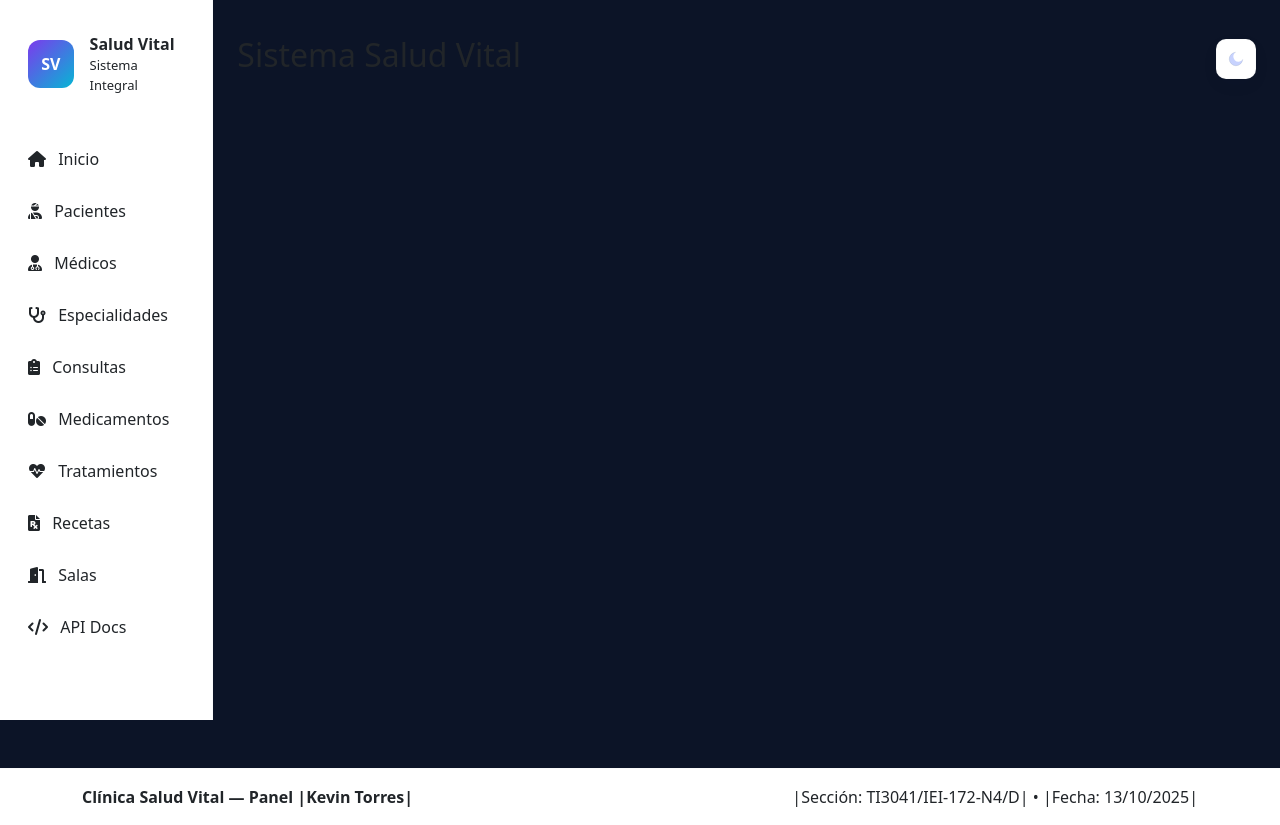
Repository: KeviNozh/eva2_clinica
Page: templates/base.html
An editor plug-in stored every save of this project. The page is shown before and after the next save, followed by the edit.
The browser window is 1280 px wide. The pictures show the whole page.
The template is drawn by Django 5.2. The application's start-up code is not run. Other server files are loaded and not shown. The template is opened directly, without the code that normally fills it, so the values that code supplies are empty.

Above is the page before, as saved 2025-10-16 01:05:15.

### templates/base.html

<!DOCTYPE html>
<html lang="es">
<head>
    <meta charset="UTF-8">
    <meta name="viewport" content="width=device-width, initial-scale=1.0">
    <title>{% block title %}Sistema Salud Vital{% endblock %}</title>

    <!-- Prevent theme flash: apply saved preference before CSS loads -->
    <script>
    (function(){
        try {
            const KEY = 'salud_vital_theme';
            const saved = localStorage.getItem(KEY);
            if (saved === 'dark') {
                document.documentElement.setAttribute('data-theme', 'dark');
            } else if (saved === 'light') {
                document.documentElement.removeAttribute('data-theme');
            } else {
                const prefersDark = window.matchMedia && window.matchMedia('(prefers-color-scheme: dark)').matches;
                if (prefersDark) document.documentElement.setAttribute('data-theme', 'dark');
                else document.documentElement.removeAttribute('data-theme');
            }
        } catch (e) {
            // Silently ignore (no localStorage access)
        }
    })();
    </script>

    <!-- Bootstrap -->
    <link href="https://cdn.jsdelivr.net/npm/bootstrap@5.3.0/dist/css/bootstrap.min.css" rel="stylesheet">
    <link rel="stylesheet" href="https://cdnjs.cloudflare.com/ajax/libs/font-awesome/6.0.0/css/all.min.css">

    <!-- Google Fonts -->
    <link href="https://fonts.googleapis.com/css2?family=Poppins:wght@300;400;600;700&display=swap" rel="stylesheet">

    <style>
        :root {
            --bg: #0c1427; /* Fondo gris claro para que las tarjetas blancas resalten */
            --muted: ##8d96a7;
            --text: #212529; /* Texto principal oscuro y legible */
            --card: #fff;
            --glass: rgba(121, 121, 121, 0.04);
            --accent-1: linear-gradient(135deg,#7c3aed,#06b6d4);
            --accent-2: linear-gradient(135deg,#ff7a59,#ffb86b);
            --accent-3: linear-gradient(135deg,#34d399,#60a5fa);
            --accent-4: linear-gradient(135deg,#f472b6,#7c3aed);
            --radius: 12px;
            --shadow: 0 10px 30px rgba(11,21,40,0.06);
            --max-width: 1200px;
            font-family: 'Poppins', system-ui, -apple-system, "Segoe UI", Roboto, Arial, sans-serif;
            color-scheme: light;
            background-color: var(--bg);
            color: var(--text);
        }

        html[data-theme="dark"] {
            --bg: #0c1427;
            --soft-bg: #151e33;
            --glass: rgba(255, 255, 255, 0.04);
            --muted: #8d96a7;
            --white: #e9ecef; /* Texto principal ahora es claro */
        }

        * { box-sizing: border-box }
        html, body { height: 100%; margin: 0; background: var(--bg); -webkit-font-smoothing: antialiased; color: var(--text); }
        a { color: inherit; text-decoration: none }
        button { font: inherit }

        .sidebar {
            min-height: 100vh;
            background: var(--card);
            border-right: 1px solid var(--glass);
        }

        .sidebar .nav-link {
            color: var(--text);
            padding: 12px 16px;
            border-radius: var(--radius);
            margin-bottom: 4px;
            transition: all 0.2s ease;
        }

        .sidebar .nav-link:hover {
            background: var(--glass);
            transform: translateX(4px);
        }

        .main-content {
            background: var(--bg);
            padding: 20px;
        }

        .card-custom {
            background: var(--card);
            border-radius: var(--radius);
            box-shadow: var(--shadow);
            border: 1px solid var(--glass);
            margin-bottom: 20px;
        }

        .btn-primary-custom {
            background: var(--accent-1);
            border: none;
            color: white;
            font-weight: 600;
        }

        .theme-toggle {
            display: inline-grid;
            place-items: center;
            width: 40px;
            height: 40px;
            border-radius: 10px;
            border: 1px solid var(--glass);
            background: var(--card);
            cursor: pointer;
            box-shadow: 0 6px 18px rgba(11,21,40,0.04);
        }

            html[data-theme="dark"] .theme-toggle {
                background: rgba(255, 255, 255, 0.05); /* Ligeramente más claro */
                border: 1px solid rgba(255, 255, 255, 0.1); /* Borde más visible */
            }

        .table-custom {
            background: var(--card);
            border-radius: var(--radius);
            overflow: hidden;
            box-shadow: var(--shadow);
        }

        .table-custom th {
            background: var(--glass);
            color: var(--muted);
            font-weight: 600;
            border: none;
            padding: 12px 16px;
        }

        .table-custom td {
            padding: 12px 16px;
            border-bottom: 1px solid var(--glass);
        }

        .form-control-custom, .form-select-custom {
            background: var(--card);
            border: 1px solid var(--glass);
            color: var(--text);
            border-radius: var(--radius);
        }

        .form-control-custom:focus, .form-select-custom:focus {
            background: var(--card);
            border-color: #7c3aed;
            color: var(--text);
            box-shadow: 0 0 0 0.2rem rgba(124, 58, 237, 0.25);
        }
    </style>
</head>
<body>
    <div class="container-fluid">
        <div class="row">
            <!-- Sidebar -->
            <nav class="col-md-3 col-lg-2 d-md-block sidebar">
                <div class="position-sticky pt-3">
                    <div class="brand p-3 mb-4">
                        <div class="d-flex align-items-center gap-3">
                            <div class="logo" style="width: 48px; height: 48px; border-radius: 12px; background: var(--accent-1); display: grid; place-items: center; color: white; font-weight: 700;">
                                SV
                            </div>
                            <div>
                                <div class="title" style="font-weight: 700;">Salud Vital</div>
                                <div class="tag" style="font-size: 13px; color: var(--muted);">Sistema Integral</div>
                            </div>
                        </div>
                    </div>

                    <ul class="nav flex-column">
                        <li class="nav-item">
                            <a class="nav-link" href="{% url 'inicio' %}">
                                <i class="fas fa-home me-2"></i> Inicio
                            </a>
                        </li>
                        <li class="nav-item">
                            <a class="nav-link" href="{% url 'crud:crud_pacientes' %}">
                                <i class="fas fa-user-injured me-2"></i> Pacientes
                            </a>
                        </li>
                        <li class="nav-item">
                            <a class="nav-link" href="{% url 'crud:crud_medicos' %}">
                                <i class="fas fa-user-md me-2"></i> Médicos
                            </a>
                        </li>
                        <li class="nav-item">
                            <a class="nav-link" href="{% url 'crud:crud_especialidades' %}">
                                <i class="fas fa-stethoscope me-2"></i> Especialidades
                            </a>
                        </li>
                        <li class="nav-item">
                            <a class="nav-link" href="{% url 'crud:crud_consultas' %}">
                                <i class="fas fa-clipboard-list me-2"></i> Consultas
                            </a>
                        </li>
                        <li class="nav-item">
                            <a class="nav-link" href="{% url 'crud:crud_medicamentos' %}">
                                <i class="fas fa-pills me-2"></i> Medicamentos
                            </a>
                        </li>
                        <li class="nav-item">
                            <a class="nav-link" href="{% url 'crud:crud_tratamientos' %}">
                                <i class="fas fa-heartbeat me-2"></i> Tratamientos
                            </a>
                        </li>
                        <li class="nav-item">
                            <a class="nav-link" href="{% url 'crud:crud_recetas' %}">
                                <i class="fas fa-file-prescription me-2"></i> Recetas
                            </a>
                        </li>
                        <li class="nav-item">
                            <a class="nav-link" href="{% url 'crud:crud_salas' %}">
                                <i class="fas fa-door-open me-2"></i> Salas
                            </a>
                        </li>
                        <li class="nav-item">
                            <a class="nav-link" href="/api/docs/" target="_blank">
                                <i class="fas fa-code me-2"></i> API Docs
                            </a>
                        </li>
                    </ul>
                </div>
            </nav>

            <!-- Main content -->
            <main class="col-md-9 ms-sm-auto col-lg-10 px-md-4 main-content">
                <div class="d-flex justify-content-between flex-wrap flex-md-nowrap align-items-center pt-3 pb-2 mb-3">
                    <h1 class="h2">{% block page_title %}Sistema Salud Vital{% endblock %}</h1>
                    <div class="d-flex align-items-center gap-2">
                        <button class="theme-toggle" aria-pressed="false" title="Cambiar tema" data-theme-toggle>
                            <span class="sr-only">Alternar tema claro/oscuro</span>
                            <svg width="18" height="18" viewBox="0 0 24 24" fill="none" aria-hidden>
                                <path d="M21 12.79A9 9 0 1111.21 3 7 7 0 0021 12.79z" fill="#0b1530" opacity="0.95"/>
                                <path d="M12 2v2M12 20v2M4.22 4.22l1.42 1.42M18.36 18.36l1.42 1.42M2 12h2M20 12h2M4.22 19.78l1.42-1.42M18.36 5.64l1.42-1.42" stroke="#6b7280" stroke-width="1.1" stroke-linecap="round" stroke-linejoin="round"/>
                            </svg>
                        </button>
                    </div>
                </div>

                <!-- Mensajes -->
                {% if messages %}
                <div class="messages">
                    {% for message in messages %}
                    <div class="alert alert-{{ message.tags }} alert-dismissible fade show" role="alert">
                        {{ message }}
                        <button type="button" class="btn-close" data-bs-dismiss="alert"></button>
                    </div>
                    {% endfor %}
                </div>
                {% endif %}

                <!-- Contenido principal -->
                {% block content %}
                {% endblock %}
            </main>
        </div>
    </div>

    <!-- Footer -->
    <footer class="mt-5 py-3" style="background: var(--card); border-top: 1px solid var(--glass);">
        <div class="container">
            <div class="d-flex justify-content-between align-items-center">
                <div style="font-weight:700">Clínica Salud Vital — Panel |Kevin Torres| </div>
                <div style="color: var(--muted);">|Sección: TI3041/IEI-172-N4/D| • |Fecha: 13/10/2025|</div>
            </div>
        </div>
    </footer>

    <script src="https://cdn.jsdelivr.net/npm/bootstrap@5.3.0/dist/js/bootstrap.bundle.min.js"></script>

    <script>
    (function(){
        const KEY = 'salud_vital_theme';
        const root = document.documentElement;
        const btn = document.querySelector('[data-theme-toggle]');
        const yearEl = document.getElementById('current-year');
        if (yearEl) yearEl.textContent = new Date().getFullYear(); // protegido

        // SVG icons (sun for light, moon for dark)
        const ICON_SUN = '<svg width="18" height="18" viewBox="0 0 24 24" fill="none" aria-hidden><circle cx="12" cy="12" r="4" fill="#f59e0b"/><path d="M12 2v2M12 20v2M4.22 4.22l1.42 1.42M18.36 18.36l1.42 1.42M2 12h2M20 12h2M4.22 19.78l1.42-1.42M18.36 5.64l1.42-1.42" stroke="#fbbf24" stroke-width="1.1" stroke-linecap="round" stroke-linejoin="round"/></svg>';
        const ICON_MOON = '<svg width="18" height="18" viewBox="0 0 24 24" fill="none" aria-hidden><path d="M21 12.79A9 9 0 1111.21 3a7 7 0 109.79 9.79z" fill="#c7d2fe"/><path d="M21 12.79A9 9 0 1111.21 3" stroke="#94a3b8" stroke-width="0.6" stroke-linecap="round" stroke-linejoin="round" opacity="0.6"/></svg>';

        function applyTheme(theme){
            if(!btn) return; // si no hay botón, salimos
            if(theme === 'dark'){
                root.setAttribute('data-theme','dark');
                btn.setAttribute('aria-pressed','true');
                btn.title = 'Cambiar a tema claro';
                btn.innerHTML = '<span class="sr-only">Tema oscuro activado. Cambiar a claro</span>' + ICON_SUN;
            } else {
                root.removeAttribute('data-theme');
                btn.setAttribute('aria-pressed','false');
                btn.title = 'Cambiar a tema oscuro';
                btn.innerHTML = '<span class="sr-only">Tema claro activado. Cambiar a oscuro</span>' + ICON_MOON;
            }
        }

        // initial: saved preference > prefers-color-scheme > default light
        try {
            const saved = localStorage.getItem(KEY);
            if(saved === 'dark' || saved === 'light'){
                applyTheme(saved);
            } else {
                const prefersDark = window.matchMedia && window.matchMedia('(prefers-color-scheme: dark)').matches;
                applyTheme(prefersDark ? 'dark' : 'light');
            }
        } catch(e) {
            // ignore storage errors and default to system
            const prefersDark = window.matchMedia && window.matchMedia('(prefers-color-scheme: dark)').matches;
            applyTheme(prefersDark ? 'dark' : 'light');
        }

        if (btn) {
            btn.addEventListener('click', function(){
                const isDark = root.getAttribute('data-theme') === 'dark';
                const next = isDark ? 'light' : 'dark';
                applyTheme(next);
                try { localStorage.setItem(KEY, next); } catch(e) {}
            });

            // Keep keyboard accessible (Enter / Space)
            btn.addEventListener('keydown', function(e){
                if(e.key === 'Enter' || e.key === ' '){
                    e.preventDefault();
                    btn.click();
                }
            });
        }
    })();
    </script>

    {% block scripts %}
    {% endblock %}
</body>
</html>

After the next save:
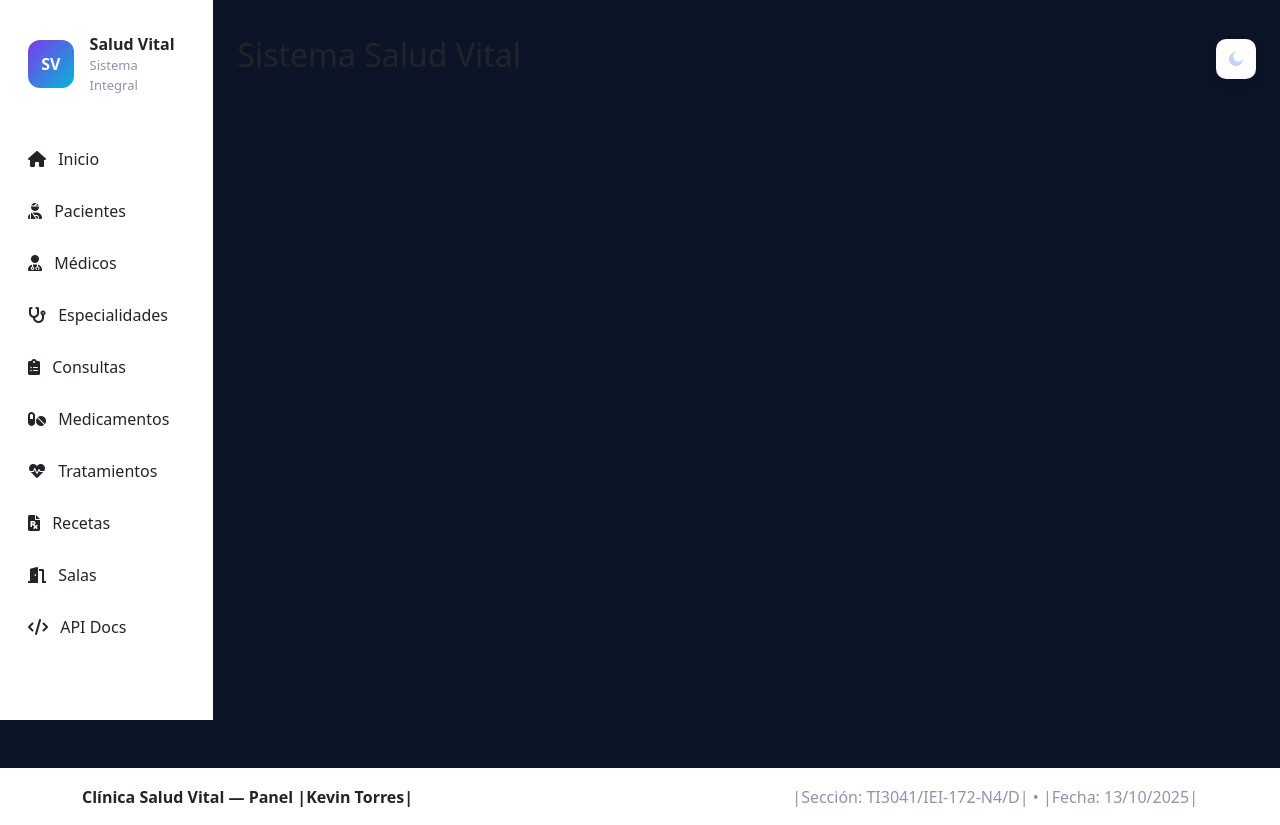
Saved 6 s later.
--- a/templates/base.html
+++ b/templates/base.html
@@ -37,7 +37,7 @@
     <style>
         :root {
             --bg: #0c1427; /* Fondo gris claro para que las tarjetas blancas resalten */
-            --muted: ##8d96a7;
+            --muted: #8d96a7;
             --text: #212529; /* Texto principal oscuro y legible */
             --card: #fff;
             --glass: rgba(121, 121, 121, 0.04);
